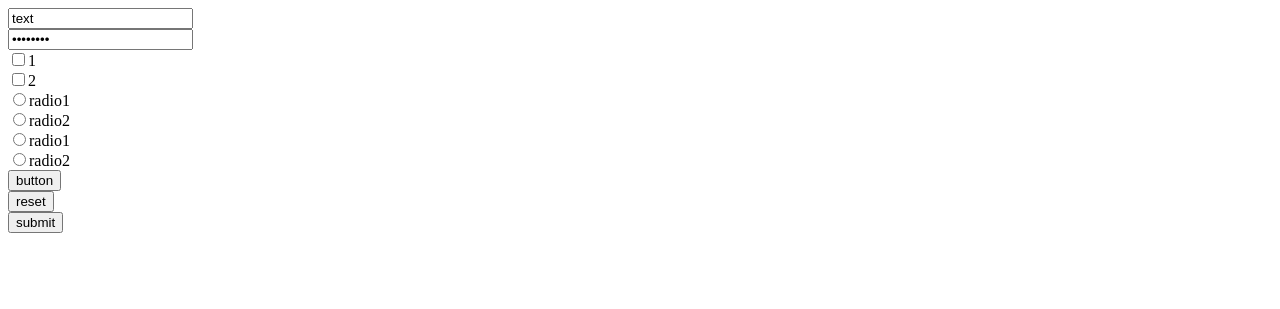
Repository: LucestDail/WebEclipse-Workspace
Page: htmlProject/WebContent/htmlEx10.html
These files come from the project's save history. The page is drawn as it stood at one moment and after the next save; the edit follows.
The browser window is 1280 px wide. The pictures show the whole page.

Above is the page before, as saved 2020-11-06 02:49:18.

After the next save:
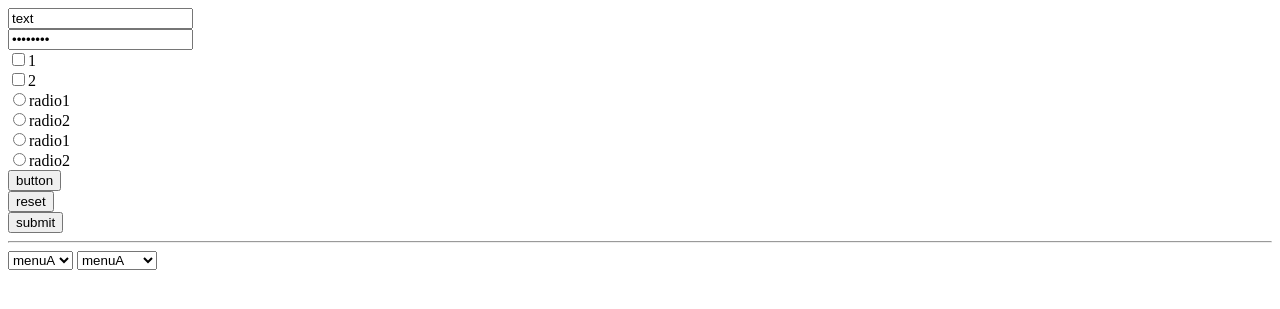
Saved 5 min 27 s later.
--- a/htmlProject/WebContent/htmlEx10.html
+++ b/htmlProject/WebContent/htmlEx10.html
@@ -16,6 +16,21 @@
 <input type = "button" value = "button"><br>
 <input type = "reset" value = "reset"><br>
 <input type = "submit" value = "submit"><br>
+<hr>
+<select name = "menu1">
+<option> menuA</option>
+<option> menuB</option>
+<option> menuC</option>
+<option> menuD</option>
+</select>
+<select name = "menu2a">
+<optgroup label = "menu2">
+<option> menuA</option>
+<option> menuB</option>
+<option> menuC</option>
+<option> menuD</option>
+</optgroup>
+</select>
 </form>
 </body>
 </html>
